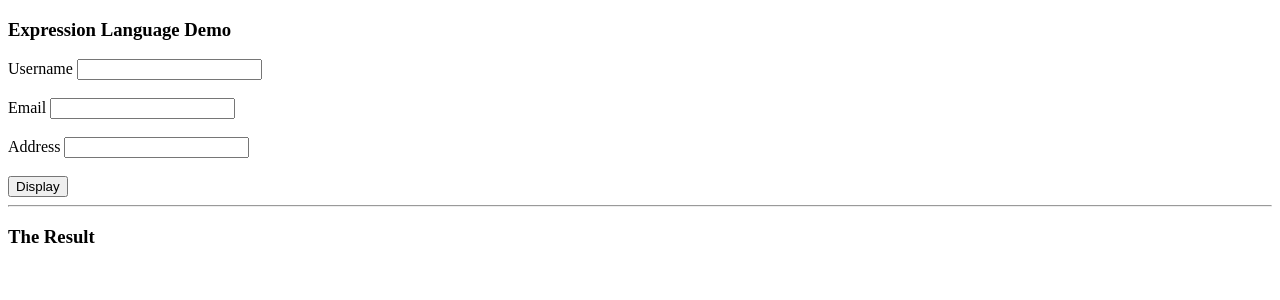
Repository: hnineiphyu-128/JavaEE_Exeercise_Lession
Page: http://localhost/05-EL/
An editor plug-in stored every save of this project. The page is shown before and after the next save, followed by the edit.
The browser window is 1280 px wide. The pictures show the whole page.
The page is served by Tomcat 9.

Above is the page before, as saved 2020-12-18 09:09:32.

### 05-EL/src/main/webapp/index.jsp
<%@ page language="java" contentType="text/html; charset=ISO-8859-1"
    pageEncoding="ISO-8859-1"%>
<!DOCTYPE html>
<html>
<head>
<meta charset="ISO-8859-1">
<title>Insert title here</title>
</head>
<body>

	<h3>Expression Language Demo</h3>
	<%-- <label>1+2 = ${1+2}</label> --%>

	<form action="" method="">
		<label for="username"> Username </label>
		<input type="text" name="username" id="username" > <br><br>
		<label for="email"> Email </label>
		<input type="email" name="email" id="email" > <br><br>
		<label for="address"> Address </label>
		<input type="text" name="address" id="address" > <br><br>

		<button type="submit"> Display </button>
	</form>
	<hr>

	<h3> The Result </h3>



</body>
</html>

After the next save:
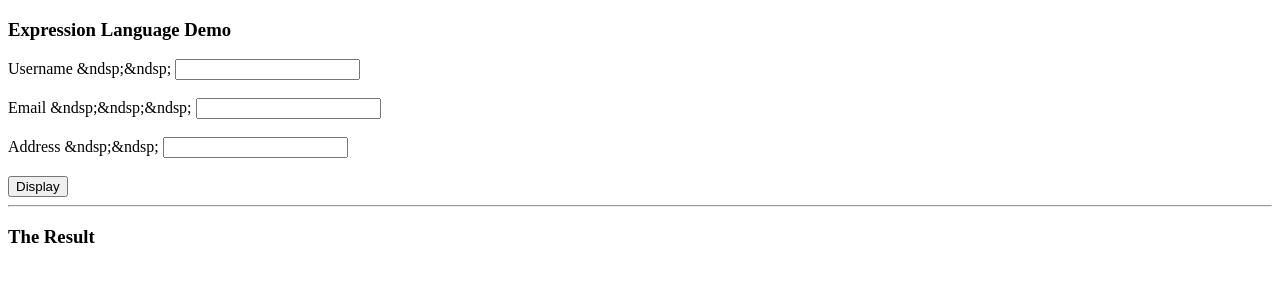
Saved 95 s later.
--- a/05-EL/src/main/webapp/index.jsp
+++ b/05-EL/src/main/webapp/index.jsp
@@ -12,11 +12,11 @@
 	<%-- <label>1+2 = ${1+2}</label> --%>
 
 	<form action="" method="">
-		<label for="username"> Username </label>
+		<label for="username"> Username &ndsp;&ndsp;</label>
 		<input type="text" name="username" id="username" > <br><br>
-		<label for="email"> Email </label>
+		<label for="email"> Email &ndsp;&ndsp;&ndsp;</label>
 		<input type="email" name="email" id="email" > <br><br>
-		<label for="address"> Address </label>
+		<label for="address"> Address &ndsp;&ndsp;</label>
 		<input type="text" name="address" id="address" > <br><br>
 
 		<button type="submit"> Display </button>

After the save that followed:
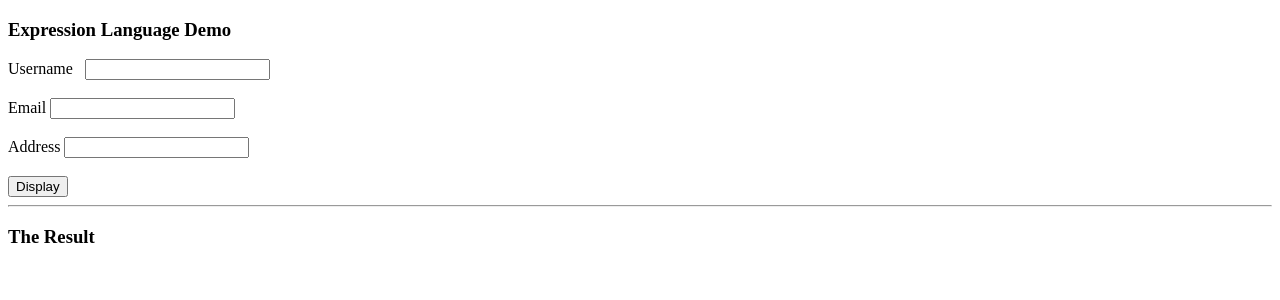
Saved 27 s later.
--- a/05-EL/src/main/webapp/index.jsp
+++ b/05-EL/src/main/webapp/index.jsp
@@ -12,11 +12,11 @@
 	<%-- <label>1+2 = ${1+2}</label> --%>
 
 	<form action="" method="">
-		<label for="username"> Username &ndsp;&ndsp;</label>
+		<label for="username"> Username &nbsp;</label>
 		<input type="text" name="username" id="username" > <br><br>
-		<label for="email"> Email &ndsp;&ndsp;&ndsp;</label>
+		<label for="email"> Email </label>
 		<input type="email" name="email" id="email" > <br><br>
-		<label for="address"> Address &ndsp;&ndsp;</label>
+		<label for="address"> Address </label>
 		<input type="text" name="address" id="address" > <br><br>
 
 		<button type="submit"> Display </button>
